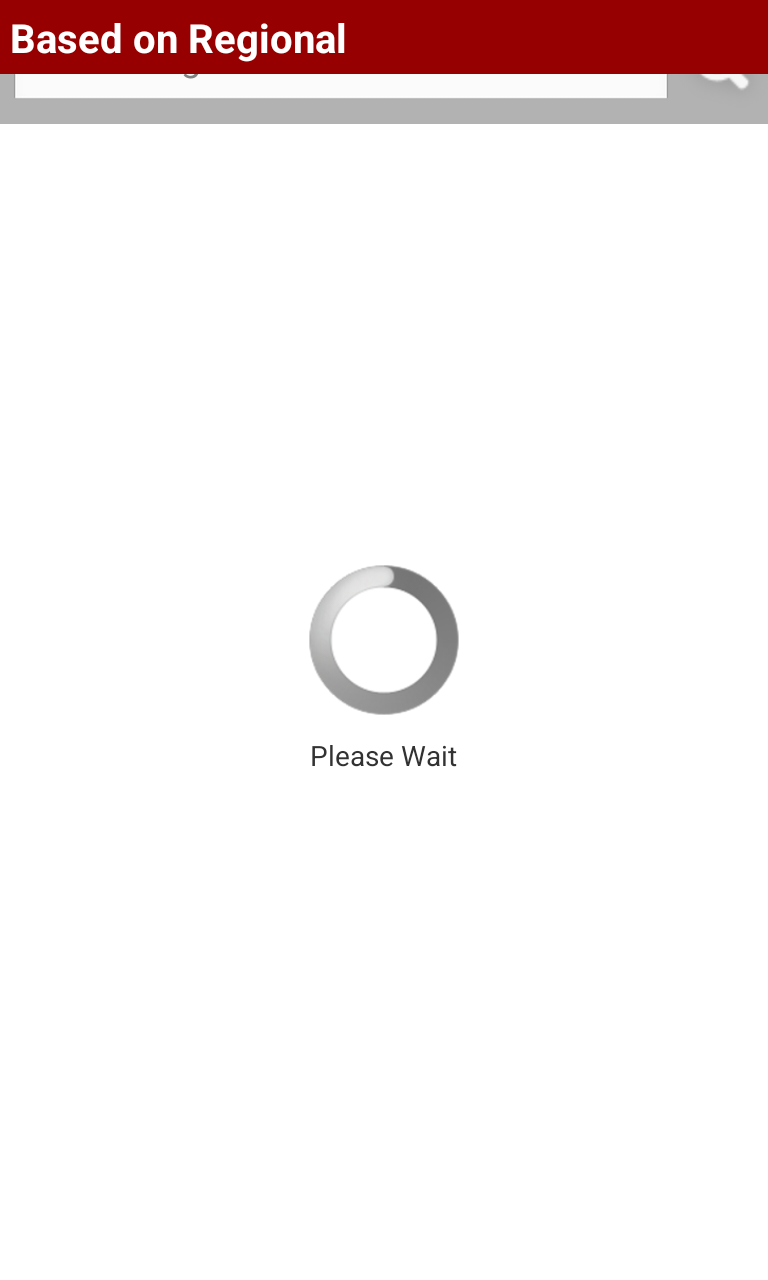
Repository: galihandy/chessboard
Layout: ArsenalIndonesia/res/layout/multiview_regional.xml
The author's editor kept a copy of each file at every save. The layout is drawn from the files as they stood at one save, then again after a run of saves.
It is drawn on a 768 x 1280 px phone screen (xhdpi) without system bars, with theme android:Theme.Light.NoTitleBar; the app's code is not run. Lists and similar views that code fills are empty.

Above is the layout before, as saved 2013-02-16 04:48:33.

### ArsenalIndonesia/res/layout/multiview_regional.xml
<?xml version="1.0" encoding="utf-8"?>
<RelativeLayout xmlns:android="http://schemas.android.com/apk/res/android"
    android:id="@+id/sampleLayoutExample"
    android:layout_width="fill_parent"
    android:layout_height="fill_parent"
    android:orientation="vertical" >

    <RelativeLayout
        android:id="@+id/search_layout"
        android:layout_width="match_parent"
        android:layout_height="wrap_content"
        android:background="@drawable/grey" >

        <ImageView
            android:id="@+id/search_img"
            android:layout_width="wrap_content"
            android:layout_height="wrap_content"
            android:layout_alignParentRight="true"
            android:layout_marginBottom="7dip"
            android:layout_marginTop="7dip"
            android:src="@drawable/icon_search" />


        <EditText
            android:id="@+id/search_edittext"
            android:layout_width="match_parent"
            android:layout_height="wrap_content"
            android:layout_marginBottom="7dip"
            android:layout_marginLeft="5dip"
            android:layout_marginTop="7dip"
            android:layout_toLeftOf="@id/search_img"
            android:hint="@string/search_reg_hint"
            android:singleLine="true" />

    </RelativeLayout>

    <RelativeLayout
        android:id="@+id/loadingRelLayout"
        android:layout_width="fill_parent"
        android:layout_height="fill_parent"
        android:orientation="vertical" >

        <!-- Your Content view here -->

        <ProgressBar
            android:id="@+id/progress_bar"
            style="?android:attr/progressBarStyleLarge"
            android:layout_width="wrap_content"
            android:layout_height="wrap_content"
            android:layout_centerHorizontal="true"
            android:layout_centerVertical="true"
            android:paddingBottom="10dp"
            android:paddingTop="10dp" />

        <TextView
            android:id="@+id/waitting_textview"
            android:layout_width="wrap_content"
            android:layout_height="wrap_content"
            android:layout_below="@+id/progress_bar"
            android:layout_centerHorizontal="true"
            android:text="@string/please_wait" />
    </RelativeLayout>

    <RelativeLayout
        xmlns:tools="http://schemas.android.com/tools"
        android:id="@+id/listRelLayout"
        android:layout_width="match_parent"
        android:layout_height="match_parent"
        android:orientation="vertical" >

        <!-- Your Content view here -->

        <TextView
            android:id="@+id/reg_page_title"
            android:layout_width="match_parent"
            android:layout_height="wrap_content"
            android:padding="5dip"
            android:background="@drawable/dark_red"
            android:text="@string/reg_pg_title_lbl"
            android:textColor="@android:color/white"
            android:textSize="20dp"
            android:textStyle="bold" />

        <ListView
            android:id="@+id/listview"
            android:layout_width="fill_parent"
            android:layout_height="match_parent"
            android:layout_below="@id/reg_page_title"
            tools:context=".FeaturedActivity" />
    </RelativeLayout>

    <RelativeLayout
        xmlns:tools="http://schemas.android.com/tools"
        android:id="@+id/noDataRelLayout"
        android:layout_width="match_parent"
        android:layout_height="match_parent"
        android:orientation="vertical" >

        <TextView
            android:id="@+id/no_data_textview"
            android:layout_width="wrap_content"
            android:layout_height="wrap_content"
            android:layout_centerInParent="true"
            android:textSize="20dp" />
    </RelativeLayout>

</RelativeLayout>

### ArsenalIndonesia/res/values/color.xml
<?xml version="1.0" encoding="utf-8"?>
<resources>

    <drawable name="row_list_feature_item_bgcolor">#777777</drawable>
    <drawable name="white">#ffffff</drawable>
    <drawable name="black">#000000</drawable>
    <drawable name="red">#be1622</drawable>
    <drawable name="grey">#b2b2b2</drawable>
    <drawable name="dark_red">#960000</drawable>
    <drawable name="list_elm_bg_clr">#f6f6f6</drawable>
    <drawable name="def_bg_clr">#f6f6f6</drawable>


</resources>

### ArsenalIndonesia/res/values/strings.xml
<resources>

    <string name="app_name">Arsenal Indonesia</string>
    <string name="reg_pg_title_lbl">Based on Regional</string>
    <string name="saved_pg_title_lbl">My AIS Event List</string>
    <string name="hello_world">Hello world!</string>
    <string name="menu_settings">Settings</string>
    <string name="search_event_hint">Search event</string>
    <string name="search_reg_hint">Search regional</string>
    <string name="search_tweet_hint">Search tweet</string>
    <string name="title_activity_main">Arsenal Indonesia</string>
    <string name="title_activity_featured">Featured</string>
    <string name="title_activity_ticket">Ticket</string>
    <string name="title_activity_myticket">My Ticket</string>
    <string name="please_wait">Please Wait</string>
    <string name="regional_lbl">Regional :</string>
    <string name="date_lbl">Date :</string>
    <string name="description_lbl">Description :</string>
    <string name="ticket">Ticket</string>
	<string name="contact">Contact</string>
	<string name="category">Category</string>
	<string name="author">Author</string>
    <string name="detail_event_add_menu_title">Add to My Event</string>
    <string name="detail_event_rmv_menu_title">Remove from My Event</string>
    <string name="search_event_title">Search Event</string>
    <string name="no_saved_event">No event saved</string>

</resources>

After the next 2 saves:
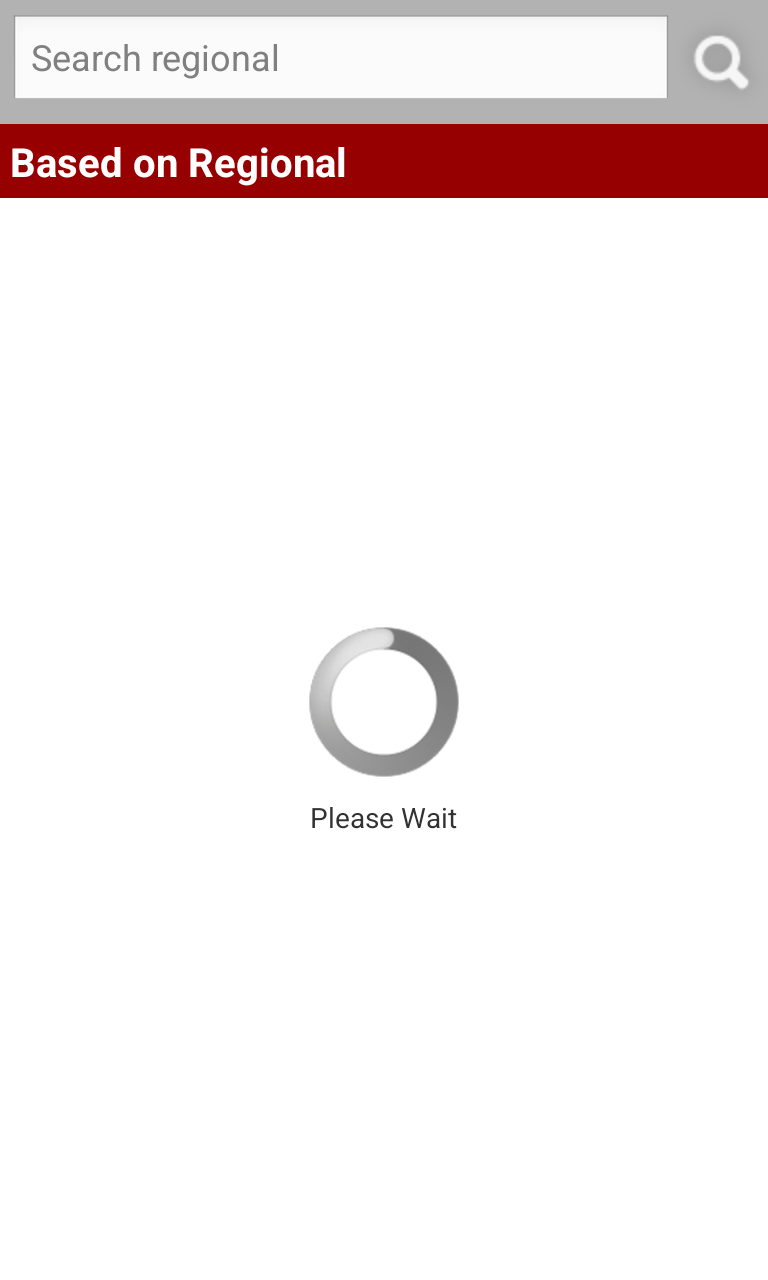
The 2 saves are shown as one change because they came seconds apart.
The last was saved 60 s later.
--- a/ArsenalIndonesia/res/layout/multiview_regional.xml
+++ b/ArsenalIndonesia/res/layout/multiview_regional.xml
@@ -20,7 +20,6 @@
             android:layout_marginTop="7dip"
             android:src="@drawable/icon_search" />
 
-
         <EditText
             android:id="@+id/search_edittext"
             android:layout_width="match_parent"
@@ -31,13 +30,13 @@
             android:layout_toLeftOf="@id/search_img"
             android:hint="@string/search_reg_hint"
             android:singleLine="true" />
-
     </RelativeLayout>
 
     <RelativeLayout
         android:id="@+id/loadingRelLayout"
         android:layout_width="fill_parent"
         android:layout_height="fill_parent"
+        android:layout_below="@id/search_layout"
         android:orientation="vertical" >
 
         <!-- Your Content view here -->
@@ -66,6 +65,7 @@
         android:id="@+id/listRelLayout"
         android:layout_width="match_parent"
         android:layout_height="match_parent"
+        android:layout_below="@id/search_layout"
         android:orientation="vertical" >
 
         <!-- Your Content view here -->
@@ -74,8 +74,8 @@
             android:id="@+id/reg_page_title"
             android:layout_width="match_parent"
             android:layout_height="wrap_content"
+            android:background="@drawable/dark_red"
             android:padding="5dip"
-            android:background="@drawable/dark_red"
             android:text="@string/reg_pg_title_lbl"
             android:textColor="@android:color/white"
             android:textSize="20dp"
@@ -94,6 +94,7 @@
         android:id="@+id/noDataRelLayout"
         android:layout_width="match_parent"
         android:layout_height="match_parent"
+        android:layout_below="@id/search_layout"
         android:orientation="vertical" >
 
         <TextView
